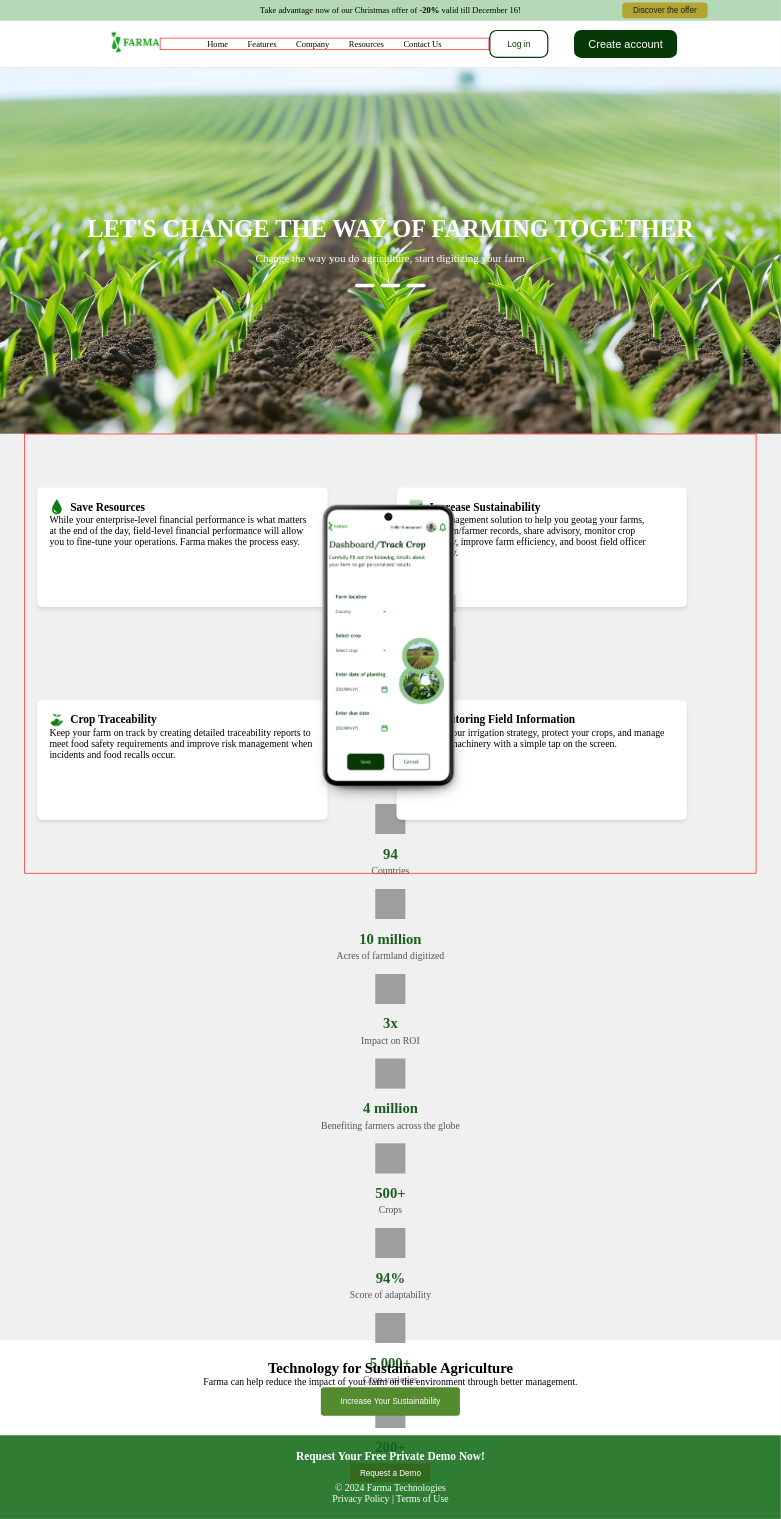
Repository: Cryptim/FARMA-TEAM-4
Page: index.html
An editor plug-in stored every save of this project. The page is shown before and after the next save, followed by the edit.
The browser window is 1280 px wide. The pictures show the whole page, at 61% of full size.
Pictures or frames that could not be fetched are drawn as grey boxes.

Above is the page before, as saved 2024-12-05 22:06:06.

### index.html
<!DOCTYPE html>
<html lang="en">
  <head>
    <meta charset="UTF-8" />
    <meta name="viewport" content="width=device-width, initial-scale=1.0" />
    <title>Farma - Smart Agriculture</title>
    <link rel="stylesheet" href="styles.css" />
  </head>
  <body>
    <!-- Top Notification Bar -->
    <header style="justify-content: center; align-items: center">
      <div class="top-bar">
        <div class="top-bar-text">
          Take advantage now of our Christmas offer of
          <strong>-20%</strong> valid till December 16!
        </div>
        <button class="offer-btn">Discover the offer</button>
      </div>

      <!-- Navbar -->

      <nav class="navbar">
        <div class="logo">
          <img src="assets/icons/logo.png" alt="Farma Logo" />
        </div>

        <ul class="nav-links">
          <li><a href="#">Home</a></li>
          <li><a href="#">Features</a></li>
          <li><a href="#">Company</a></li>
          <li><a href="#">Resources</a></li>
          <li><a href="#">Contact Us</a></li>
        </ul>

        <div class="auth-buttons">
          <button class="login-btn">Log in</button>
          <button class="create-btn">Create account</button>
        </div>
      </nav>
    </header>

    <!-- Hero Section -->
    <div class="hero">
      <div class="hero-content">
        <h1>LET'S CHANGE THE WAY OF FARMING TOGETHER</h1>
        <p>Change the way you do agriculture, start digitizing your farm</p>
      </div>
      <div class="carousel-indicator">
        <span class="dot"></span>
        <span class="dot"></span>
        <span class="dot"></span>
      </div>
    </div>

    <!-- Features Section -->
    <div class="container">
      <div class="card">
        <h3>
          <img
            src="assets/icons/Blood-Drop--Streamline-Ultimate.png"
            alt="Water Drop"
            class="icon"
          />
          Save Resources
        </h3>
        <p>
          While your enterprise-level financial performance is what matters at
          the end of the day, field-level financial performance will allow you
          to fine-tune your operations. Farma makes the process easy.
        </p>
      </div>
      <div class="card">
        <h3>
          <img
            src="assets/icons/Analytics-Net--Streamline-Ultimate.png"
            alt="Sustainability"
            class="icon"
          />
          Increase Sustainability
        </h3>
        <p>
          A farm management solution to help you geotag your farms, digitize
          farm/farmer records, share advisory, monitor crop productivity,
          improve farm efficiency, and boost field officer productivity.
        </p>
      </div>
      <div class="center-card">
        <img
          src="assets/images/iMockup - Google Pixel 8 Pro.png"
          alt="Dashboard Screenshot"
        />
      </div>
      <div class="card">
        <h3>
          <img
            src="assets/icons/Hand-Holding-Seedling--Streamline-Atlas.png"
            alt="Crop Traceability"
            class="icon"
          />
          Crop Traceability
        </h3>
        <p>
          Keep your farm on track by creating detailed traceability reports to
          meet food safety requirements and improve risk management when
          incidents and food recalls occur.
        </p>
      </div>
      <div class="card">
        <h3>
          <img
            src="assets/icons/Hourglass-Split--Streamline-Bootstrap.png"
            alt="Field Monitoring"
            class="icon"
          />
          Monitoring Field Information
        </h3>
        <p>
          Optimize your irrigation strategy, protect your crops, and manage your
          farm machinery with a simple tap on the screen.
        </p>
      </div>
    </div>
    <!-- Value Chain Section -->
    <section class="agri-value-chain">
      <h1>Enabling the agri-value chain</h1>
      <p>
        Digitize every farm | Trace food produce | Predictive Intelligence to
        enable decisions
      </p>
      <div class="stats">
        <div class="stat-item">
          <img src="images/globe.png" alt="Globe icon" class="icon" />
          <h2>94</h2>
          <p>Countries</p>
        </div>
        <div class="stat-item">
          <img src="images/farmland.png" alt="Farmland icon" class="icon" />
          <h2>10 million</h2>
          <p>Acres of farmland digitized</p>
        </div>
        <div class="stat-item">
          <img src="images/roi.png" alt="ROI icon" class="icon" />
          <h2>3x</h2>
          <p>Impact on ROI</p>
        </div>
        <div class="stat-item">
          <img src="images/farmers.png" alt="Farmers icon" class="icon" />
          <h2>4 million</h2>
          <p>Benefiting farmers across the globe</p>
        </div>
        <div class="stat-item">
          <img src="images/crops.png" alt="Crops icon" class="icon" />
          <h2>500+</h2>
          <p>Crops</p>
        </div>
        <div class="stat-item">
          <img
            src="images/adaptability.png"
            alt="Adaptability icon"
            class="icon"
          />
          <h2>94%</h2>
          <p>Score of adaptability</p>
        </div>
        <div class="stat-item">
          <img src="images/varieties.png" alt="Varieties icon" class="icon" />
          <h2>5,000+</h2>
          <p>Crop varieties</p>
        </div>
        <div class="stat-item">
          <img src="images/clients.png" alt="Clients icon" class="icon" />
          <h2>200+</h2>
          <p>Working with clients</p>
        </div>
      </div>
    </section>

    <!-- Sustainability Section -->
    <section class="sustainability">
      <h2>Technology for Sustainable Agriculture</h2>
      <p>
        Farma can help reduce the impact of your farm on the environment through
        better management.
      </p>
      <button>Increase Your Sustainability</button>
    </section>

    <!-- Footer -->
    <footer>
      <div class="footer-content">
        <h3>Request Your Free Private Demo Now!</h3>
        <button>Request a Demo</button>
      </div>
      <div class="footer-links">
        <p>© 2024 Farma Technologies</p>
        <p>Privacy Policy | Terms of Use</p>
      </div>
    </footer>

    <script src="script.js"></script>
  </body>
</html>

### styles.css
/* Reset and Base Styles */
* {
  margin: 0;
  padding: 0;
  box-sizing: border-box;
}
/* Style the scrollbar */
::-webkit-scrollbar {
  width: 15px; /* width of the scrollbar */
  height: 15px; /* height of the scrollbar for horizontal scrolling */
}

/* Style the scrollbar track (the area the scrollbar moves through) */
::-webkit-scrollbar-track {
  background: #f1f1f1; /* Light grey track */
  border-radius: 10px; /* Rounded corners */
}

/* Style the scrollbar thumb (the draggable part of the scrollbar) */
::-webkit-scrollbar-thumb {
  background: #4caf50; /* Green thumb */
  /* border-radius: 10px;    */
  /* Rounded corners */
  transition: background-color 0.3s ease;
}

/* Hover effect for the scrollbar thumb */
::-webkit-scrollbar-thumb:hover {
  background: #45a049; /* Darker green on hover */
}

body {
  margin: 0;
  padding: 0;
  justify-content: center;
  align-items: center;
  height: 100vh; /* Make sure the body takes the full viewport height */
  background-color: #f0f0f0; /* Optional: set a background color */
}

/* Top Notification Bar */
.top-bar {
  background-color: #b5d9b6;
  color: #000000;
  font-size: 14px;
  display: flex;
  justify-content: center;
  align-items: center;
  height: 34px;
  position: relative; /* Allow precise positioning for child elements */
  padding: 0 20px;
}

.top-bar-text {
  text-align: center;
  flex: 1; /* Allow the text to take up available space */
}

.offer-btn {
  position: absolute; /* Position the button independently */
  right: 120px; /* Align the button to the right side */
  background-color: #b2a532;
  color: #1e1e1e;
  border: none;
  padding: 4px 18px;
  border-radius: 6px;
  width: auto;
  cursor: pointer;
  display: flex;
  justify-content: center;
  align-items: center;
  height: 26px;
}

.offer-btn:hover {
  background-color: #92c793;
}
/* done with the above */

/* Navbar */
.navbar {
  display: flex;
  justify-content: space-between;
  align-items: center;
  padding: 15px 50px;
  background-color: #fff;
  border-bottom: 1px solid #ddd;
}

.navbar .logo {
  margin-left: 120px;
  font-size: 24px;
  font-weight: bold;
  color: #2c5f2d;
}

.logo img {
  height: 40px;
  width: auto; /* Maintain the aspect ratio */
}

.nav-links {
  display: flex;
  justify-content: center;
  gap: 32px;
  flex-grow: 1; /* Allow the nav-links section to grow and take available space */
  align-items: center;
  border: 1px solid red;
}

.nav-links li {
  list-style: none;
}
.nav-links a:hover {
  color: #92c793;
}
.nav-links a {
  text-decoration: none;
  color: #000;
  font-size: 14px;
  font-weight: 500;
}

.auth-buttons {
  display: flex;
  gap: 10px;
}

.login-btn {
  background: none;
  border: 2px solid #073808;
  padding: 5px 15px;
  margin-right: 32px;
  font-size: 14px;
  cursor: pointer;
  border-radius: 12px;
  height: 46px;
  width: 97px;
  color: #073808;
}

.create-btn {
  margin-right: 120px;
  background-color: #073808;
  color: #ffffff;
  border: none;
  padding: 5px 15px;
  font-size: 18px;
  cursor: pointer;
  border-radius: 12px;
  height: 46px;
  width: 169px;
  font-weight: 500;
}

.create-btn:hover {
  background-color: #92c793;
}

/* Hero Section */
.hero {
  background: url("assets/images/bacground.png") no-repeat center center/cover;
  height: 600px;
  display: flex;
  flex-direction: column;
  justify-content: center;
  align-items: center;
  color: #fff;
  text-align: center;
  padding: 20px;
}

.hero h1 {
  font-size: 40px;
  font-weight: bold;
  margin-bottom: 15px;
}

.hero p {
  font-size: 18px;
  margin-bottom: 30px;
}

.carousel-indicator {
  display: flex;
  gap: 10px;
}

.dot {
  height: 6px;
  width: 32px;
  background-color: #fff;
  border-radius: 10px;
  display: inline-block;
  cursor: pointer;
}

.dot:hover {
  background-color: #92c793;
}

/* Features Section */
.container {
  height: 721px;
  margin: 0 auto;
  padding: 20px;
  max-width: 1200px;
  display: grid;
  grid-template-columns: repeat(2, 1fr);
  gap: 20px;
  text-align: left;
  position: relative;
  border: 1px solid red;
  justify-content: center;
  align-items: center;
}

.card {
  position: relative;
  background-color: #fff;
  padding: 20px;
  border-radius: 8px;
  box-shadow: 0 4px 6px rgba(0, 0, 0, 0.1);
  z-index: 1;
  height: 196px;
  width: 476px;
}

.card h3 {
  margin-top: 0;
  display: flex;
  align-items: center;
}

.card h3 img {
  width: 24px;
  height: 24px;
  margin-right: 10px;
}

/* Centered Card Styling */
.center-card {
  display: flex;
  position: absolute;
  z-index: 10;
  border-radius: 8px;
  align-items: center;
  justify-content: center;

  /* Centering the card */
  top: 50%;
  left: 50%;
  transform: translate(-50%, -50%); /* Center it horizontally and vertically */
  width: 300px;
  height: auto;
  text-align: center;
}

.center-card img {
  max-width: 250px;
  height: auto;
}

@media screen and (max-width: 768px) {
  .container {
    grid-template-columns: 1fr;
    margin-left: 20px;
    margin-right: 20px;
  }

  .center-card {
    transform: translate(-50%, -45%); /* Slightly adjust for smaller screens */
  }
}
/* Value Chain Section */
.agri-value-chain {
  text-align: center;
  padding: 40px 20px;
  height: 765px;
  display: flex; /* Enables flexbox */
  flex-direction: column; /* Align items in a column */
  justify-content: center; /* Centers content vertically */
  align-items: center; /* Centers content horizontally */
}

.agri-value-chain h1 {
  font-size: 2rem;
  color: #1b5e20;
  margin-bottom: 10px;
}

.agri-value-chain p {
  margin: 0;
  font-size: 1.1rem;
  color: #555;
}

.stats {
  display: grid;
  grid-template-columns: repeat(auto-fit, minmax(150px, 1fr));
  gap: 20px;
  margin-top: 30px;
  justify-content: center;
}

.stat-item {
  text-align: center;
}

.stat-item .icon {
  width: 50px;
  height: 50px;
  margin-bottom: 10px;
}

.stat-item h2 {
  font-size: 1.5rem;
  color: #1b5e20;
  margin: 5px 0;
}

.stat-item p {
  font-size: 1rem;
  color: #555;
}

/* Sustainability Section */
.sustainability {
  padding: 2rem;
  text-align: center;
  background: #ffffff;
}

.sustainability button {
  padding: 1rem 2rem;
  color: #fff;
  background-color: #558b2f;
  border: none;
  border-radius: 5px;
  cursor: pointer;
}

.sustainability button:hover {
  background-color: #92c793;
}

/* Footer */
footer {
  background: #2e7d32;
  color: #fff;
  padding: 1.5rem;
  text-align: center;
}

.footer-content button {
  padding: 0.5rem 1rem;
  background: #33691e;
  border: none;
  color: #fff;
  border-radius: 5px;
  cursor: pointer;
}

Loaded but not shown: script.js (no stored copy; drawn as an empty file)

After the next save:
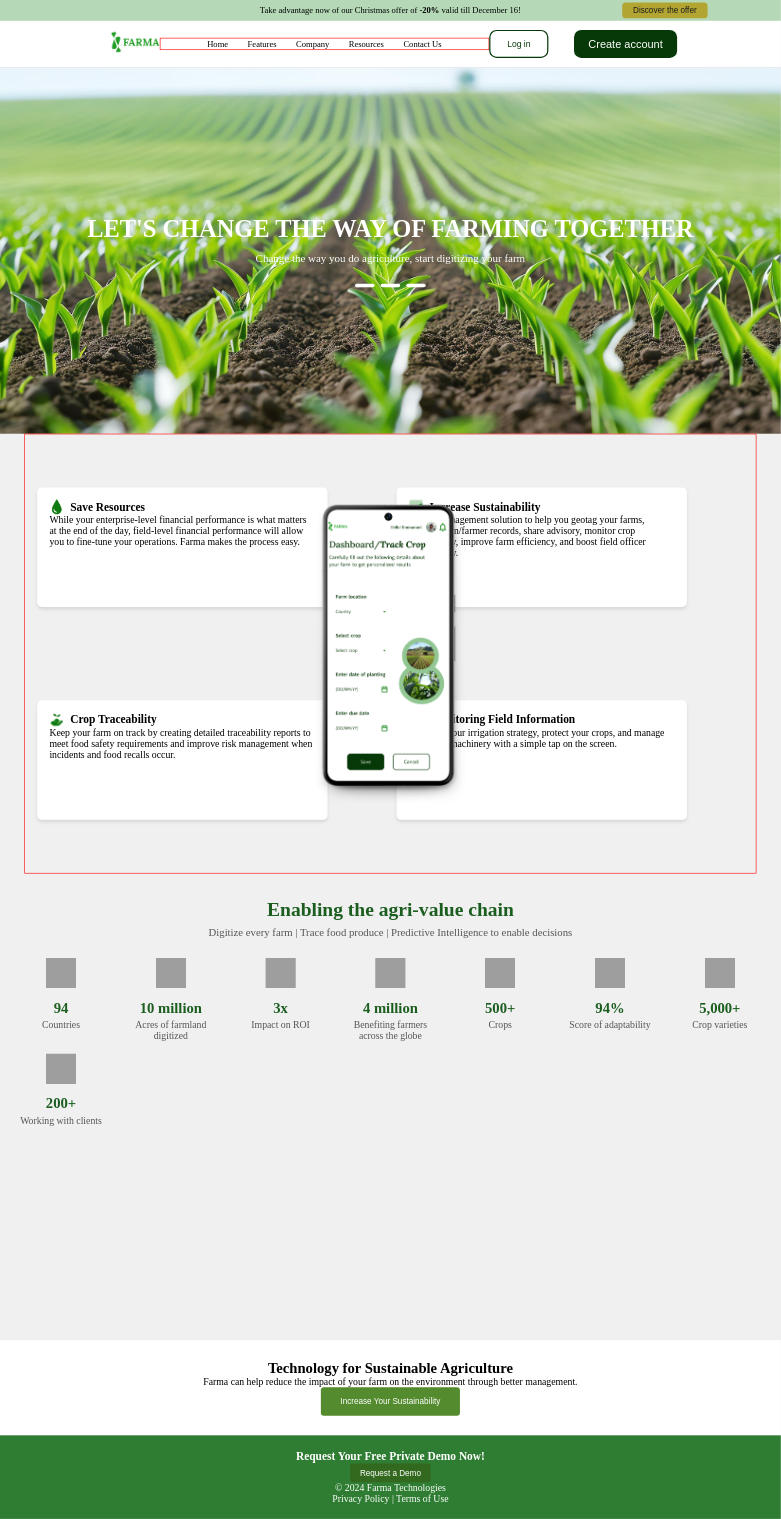
Saved 15 s later.
--- a/styles.css
+++ b/styles.css
@@ -277,10 +277,8 @@
   text-align: center;
   padding: 40px 20px;
   height: 765px;
-  display: flex; /* Enables flexbox */
-  flex-direction: column; /* Align items in a column */
-  justify-content: center; /* Centers content vertically */
-  align-items: center; /* Centers content horizontally */
+  justify-content: center;
+  align-items: center;
 }
 
 .agri-value-chain h1 {
@@ -323,7 +321,6 @@
   font-size: 1rem;
   color: #555;
 }
-
 /* Sustainability Section */
 .sustainability {
   padding: 2rem;
